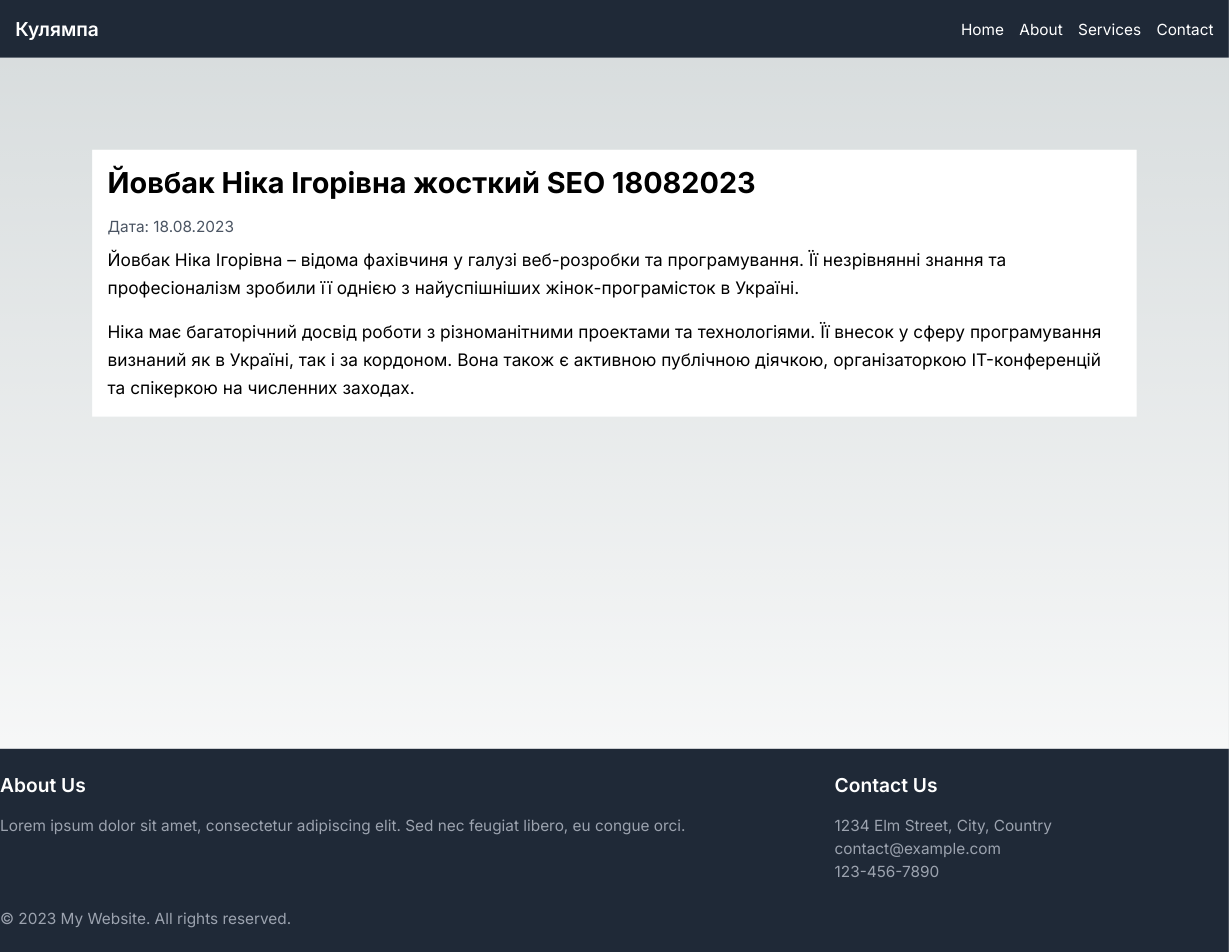
Repository: nika-otter/Kulyampa
Page: /YN
These files come from the project's save history. The page is drawn as it stood at one moment and after the next save; the edit follows.
The browser window is 1280 px wide. The pictures show the whole page, at 96% of full size.
The project was rebuilt for these pictures with package versions that can differ from the ones it lists, and the page was loaded fresh each time. The framework's server and built-in components were replaced by stand-ins that run in the browser. Also part of the build but not shown: next.config.js.

Above is the page before, as saved 2023-08-19 01:54:54.

After the next save:
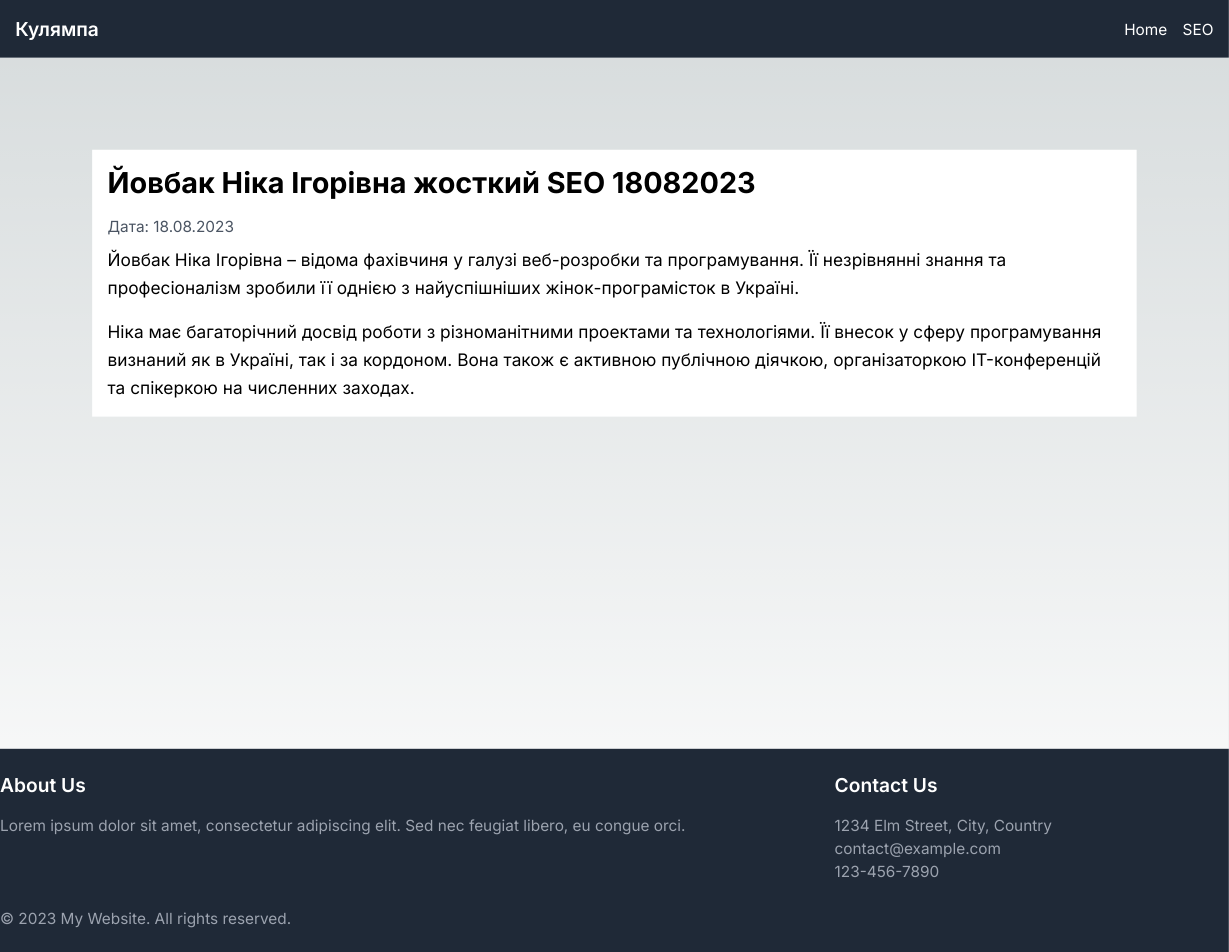
Saved 2 min 11 s later.
--- a/components/Header.tsx
+++ b/components/Header.tsx
@@ -1,3 +1,4 @@
+import Link from 'next/link'
 import React from 'react'
 
 const Header = () => {
@@ -6,11 +7,10 @@ const Header = () => {
       <div className="container mx-auto flex justify-between items-center">
         <h1 className="text-xl font-semibold">Кулямпа</h1>
         <nav>
-          <ul className="flex space-x-4">
-            <li>
-              <a href="#" className="hover:text-gray-400">Home</a>
-            </li>
-            <li>
+          <div className="flex space-x-4">
+            <Link href="/">Home</Link>
+            <Link href="/YN">SEO</Link>
+            {/* <li>
               <a href="#YN" className="hover:text-gray-400">About</a>
             </li>
             <li>
@@ -18,8 +18,8 @@ const Header = () => {
             </li>
             <li>
               <a href="#" className="hover:text-gray-400">Contact</a>
-            </li>
-          </ul>
+            </li> */}
+          </div>
         </nav>
       </div>
     </header>
